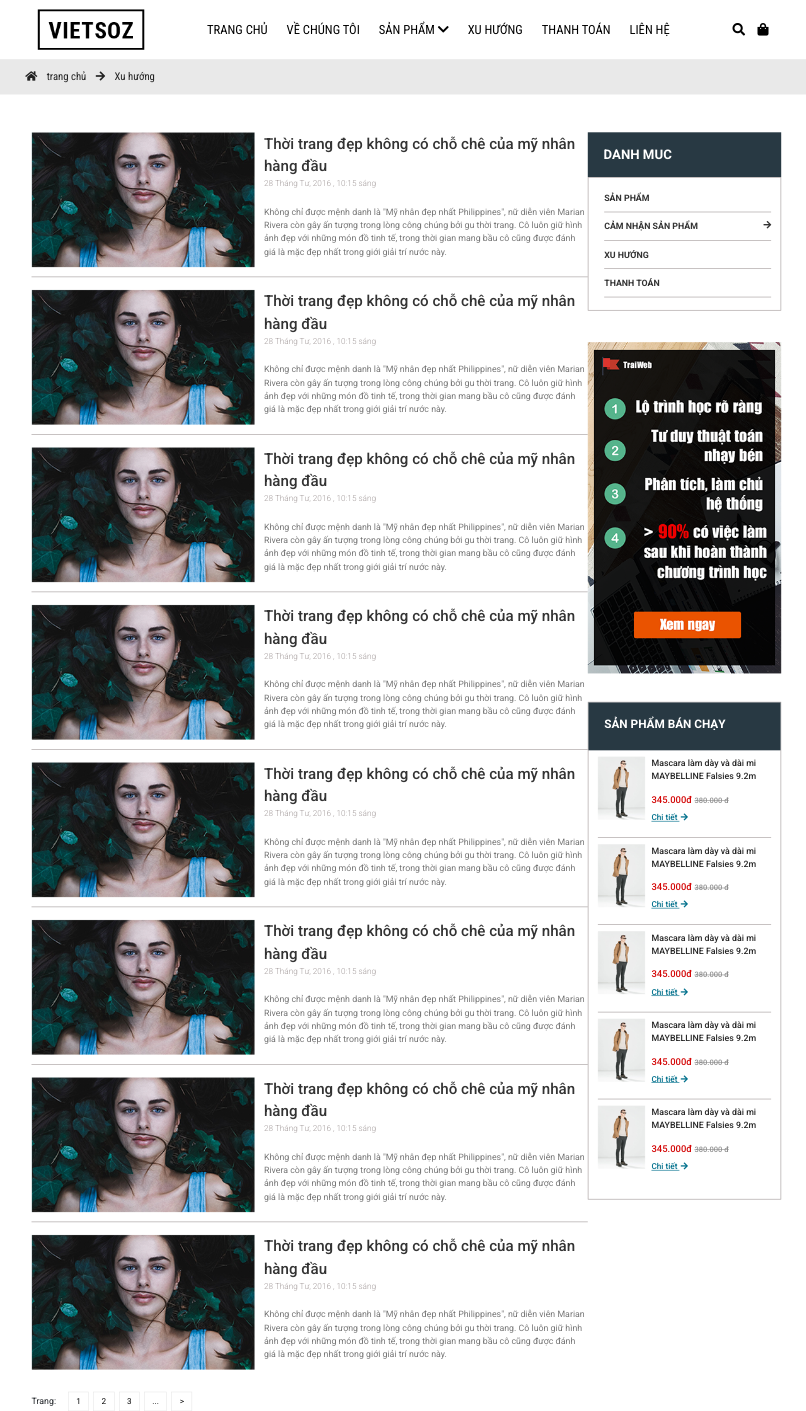
Repository: vinhtk0209/Vietsoz-reponsive
Page: index.html
The author's editor kept a copy of each file at every save. The page is drawn from the files as they stood at one save, then again after the next save.
The browser window is 1280 px wide. The pictures show the whole page, at 63% of full size.

Above is the page before, as saved 2021-10-24 16:15:49.

After the next save:
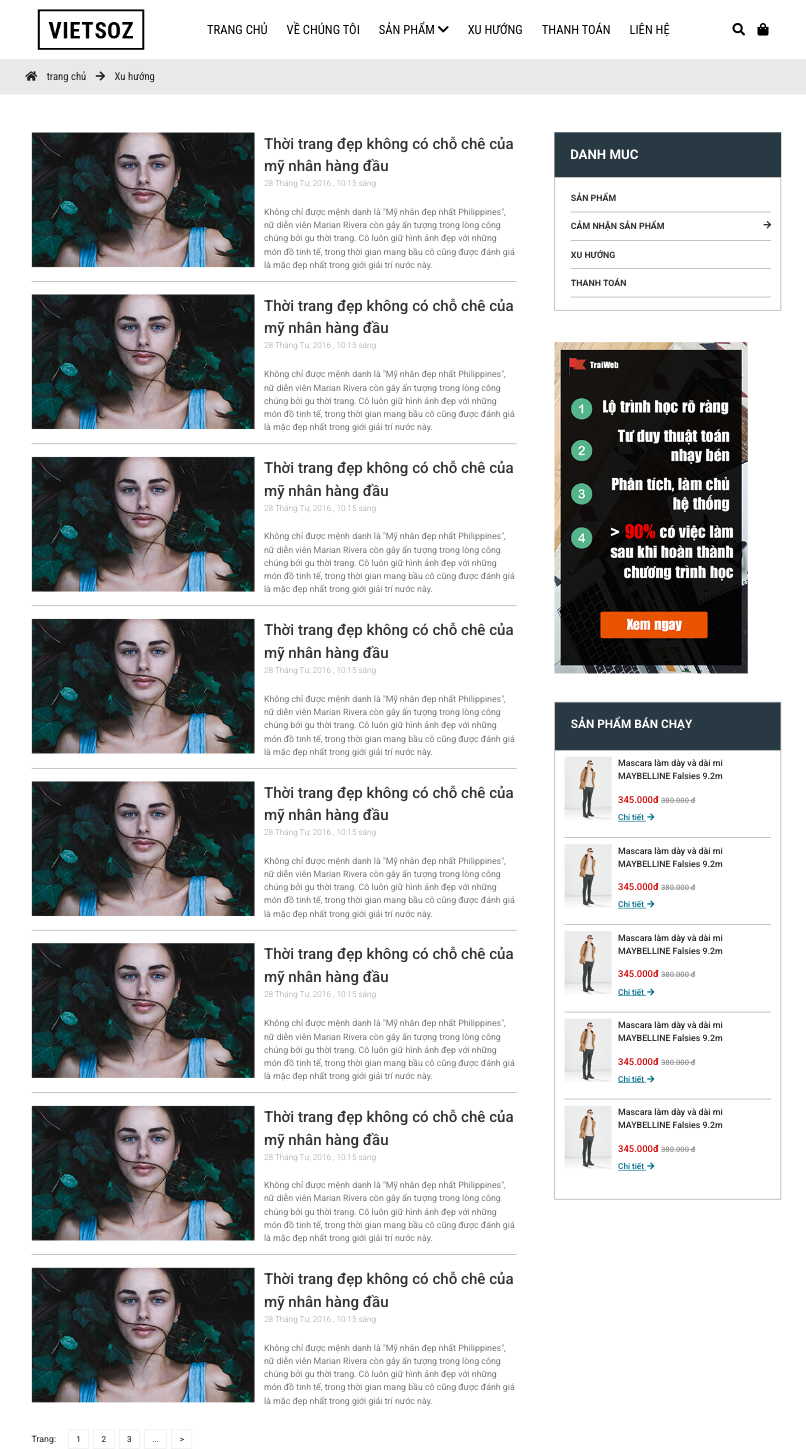
Saved 6 s later.
--- a/assets/css/main.css
+++ b/assets/css/main.css
@@ -135,7 +135,7 @@ ul.list-menu-header-extra li a {
 
 .wp-content-news {
     /* max-width: 820px; */
-    flex-basis: ;
+    flex-basis: 65%;
     padding-left: 10px;
 }
 
